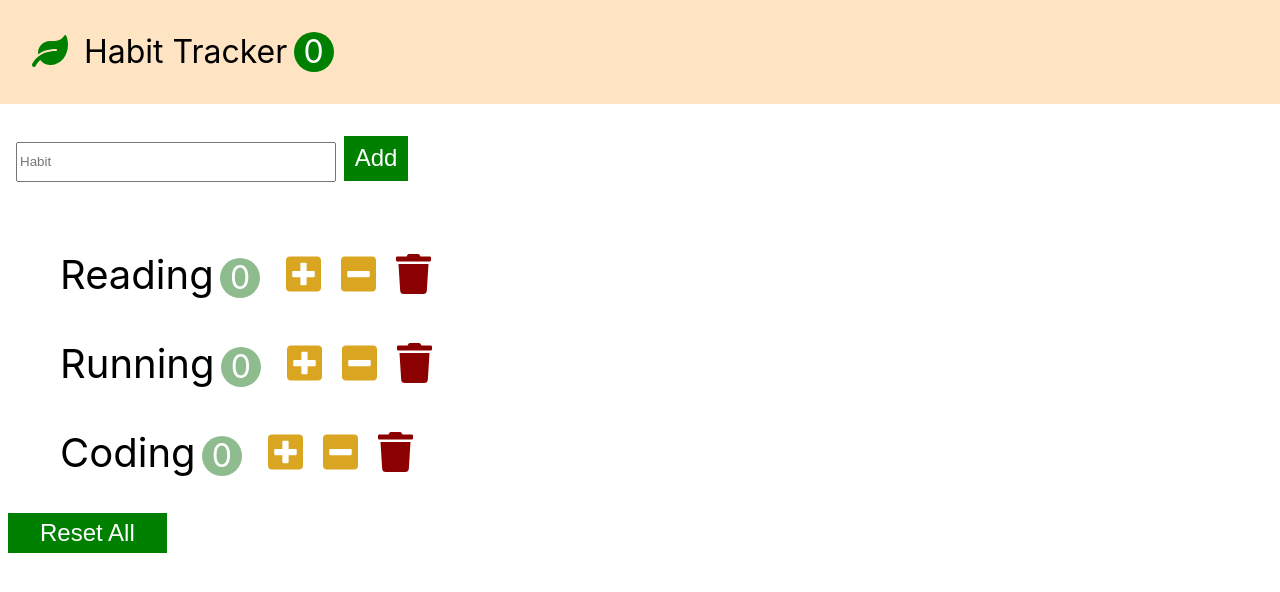
Repository: keehoonjung/react-habit-tracker
Page: / (app in react/habit-tracker/)
These files come from the project's save history. The page is drawn as it stood at one moment and after the next save; the edit follows.
The browser window is 1280 px wide. The pictures show the whole page.
The project was rebuilt for these pictures with package versions that can differ from the ones it lists, and the page was loaded fresh each time.

Above is the page before, as saved 2021-08-30 19:36:18.

### react/habit-tracker/public/index.html
<!DOCTYPE html>
<html lang="en">
  <head>
    <meta charset="utf-8" />
    <link rel="icon" href="%PUBLIC_URL%/favicon.ico" />
    <meta name="viewport" content="width=device-width, initial-scale=1" />
    <meta name="theme-color" content="#000000" />
    <meta
      name="description"
      content="Web site created using create-react-app"
    />
    <link rel="apple-touch-icon" href="%PUBLIC_URL%/logo192.png" />
    <title>App</title>
  </head>
  <body>
    <noscript>You need to enable JavaScript to run this app.</noscript>
    <div id="root"></div>
  </body>
</html>

### react/habit-tracker/src/app.jsx
import React, { Component } from "react";
import { textChangeRangeIsUnchanged } from "typescript";
import "./app.css";
import Habits from "./components/habits";
import Navbar from "./components/navbar";

class App extends Component {
  state = {
    habits: [
      { id: 1, name: "Reading", count: 0 },
      { id: 2, name: "Running", count: 0 },
      { id: 3, name: "Coding", count: 0 },
    ],
  };

  handleIncrement = (habit) => {
    const habits = [...this.state.habits];
    const index = habits.indexOf(habit);
    habits[index].count++;
    this.setState({ habits });
  };
  handledecrement = (habit) => {
    const habits = [...this.state.habits];
    const index = habits.indexOf(habit);
    const count = habits[index].count - 1;
    habits[index].count = count < 0 ? 0 : count;
    this.setState({ habits });
  };
  handleDelete = (habit) => {
    const habits = this.state.habits.filter((item) => item.id !== habit.id);
    this.setState({ habits });
  };
  addItem = () => {
    const habits = [...this.state.habits];
    const input = document.querySelector("input");
    console.log(this.newID());
    const newItem = { id: this.newID(), name: input.value, count: 0 };
    habits.push(newItem);
    input.value = "";
    this.setState({ habits });
  };

  resetAll = () => {
    const habits = [...this.state.habits];
    habits.forEach((habit) => {
      habit.count = 0;
    });
    this.setState({ habits });
  };

  newID = () => {
    return Math.floor(Math.random() * (10000 - 4) + 4);
  };

  render() {
    return (
      <>
        <Navbar
          totalScore={
            this.state.habits.filter((habit) => habit.count > 0).length
          }
        />
        <div className="add-form">
          <input type="text" className="input" placeholder="Habit" />
          <button className="habit-input" onClick={this.addItem}>
            Add
          </button>
        </div>
        <Habits
          habits={this.state.habits}
          OnIncrement={this.handleIncrement}
          Ondecrement={this.handledecrement}
          OnDelete={this.handleDelete}
        />
        <button className="reset-button" onClick={this.resetAll}>
          Reset All
        </button>
      </>
    );
  }
}

export default App;

### react/habit-tracker/src/app.css
* {
  box-sizing: border-box;
}
button {
  outline: none;
  border: 0;
  cursor: pointer;
}

.header {
  background-color: bisque;
  font-size: 2rem;
  padding: 2rem 2rem;
}

.fa-leaf {
  color: green;
  margin-right: 1rem;
}

.header-count {
  display: inline-block;
  text-align: center;
  width: 2.5rem;
  height: 2.5rem;
  line-height: 2.5rem;
  font-size: 2rem;
  margin-left: 0.2em;
  margin-right: 0.5em;
  background-color: green;
  color: white;
  border-radius: 50%;
}

.add-form {
  width: 100%;
  padding: 2rem 1rem;
}

.input {
  width: 20rem;
  height: 2.5rem;
}

.habit-input {
  font-size: 1.5rem;
  height: 2.8rem;
  width: 4rem;
  margin-left: 0.5rem;
  background-color: green;
  color: white;
}

.habit {
  font-size: 2.5rem;
  padding: 0.5em;
  list-style: none;
}

.habit-count {
  display: inline-block;
  text-align: center;
  width: 2.5rem;
  height: 2.5rem;
  line-height: 2.5rem;
  font-size: 2rem;
  margin-left: 0.2em;
  margin-right: 0.5em;
  background-color: darkseagreen;
  color: white;
  border-radius: 50%;
}

.habit-button {
  font-size: 2.5rem;
  margin: 0 0.1em;
  background-color: transparent;
}

.habit-button:hover {
  opacity: 0.8;
}

.habit-increase,
.habit-decrease {
  color: goldenrod;
}

.habit-delete {
  color: darkred;
}

.reset-button {
  font-size: 1.5rem;
  height: 2.5rem;
  padding: 0 2rem;
  margin-left: 0.5rem;
  background-color: green;
  color: white;
}

### react/habit-tracker/src/components/habits.jsx
import React, { Component } from "react";
import Habit from "./habit";

class Habits extends Component {
  render() {
    return (
      <ul>
        {this.props.habits.map((habit) => (
          <Habit
            key={habit.id}
            habit={habit}
            OnhandleIncrement={this.props.OnIncrement}
            Onhandledecrement={this.props.Ondecrement}
            OnhandleDelete={this.props.OnDelete}
          />
        ))}
      </ul>
    );
  }
}

export default Habits;

### react/habit-tracker/src/components/navbar.jsx
import React, { Component } from "react";

class Navbar extends Component {
  render() {
    return (
      <nav className="header">
        <i className="fas fa-leaf"></i>
        <span className="header-title">Habit Tracker</span>
        <span className="header-count">{this.props.totalScore}</span>
      </nav>
    );
  }
}

export default Navbar;

### react/habit-tracker/src/components/habit.jsx
import React, { Component } from "react";

class Habit extends Component {
  handleIncrement = () => {
    // this.setState({ count: this.state.count + 1 });
    this.props.OnhandleIncrement(this.props.habit);
  };

  handledecrement = () => {
    this.props.Onhandledecrement(this.props.habit);
  };
  handleDelete = () => {
    this.props.OnhandleDelete(this.props.habit);
  };
  render() {
    const { name, count } = this.props.habit;
    return (
      <li className="habit">
        <span className="habit-name">{name}</span>
        <span className="habit-count">{count}</span>
        <button
          className="habit-button habit-increase"
          onClick={this.handleIncrement}
        >
          <i className="fas fa-plus-square"></i>
        </button>
        <button
          className="habit-button habit-decrease"
          onClick={this.handledecrement}
        >
          <i className="fas fa-minus-square"></i>
        </button>
        <button
          className="habit-button habit-delete"
          onClick={this.handleDelete}
        >
          <i className="fas fa-trash"></i>
        </button>
      </li>
    );
  }
}

export default Habit;

Loaded but not shown: react/habit-tracker/src/index.js (common file); react/habit-tracker/src/index.css (common file)

After the next save:
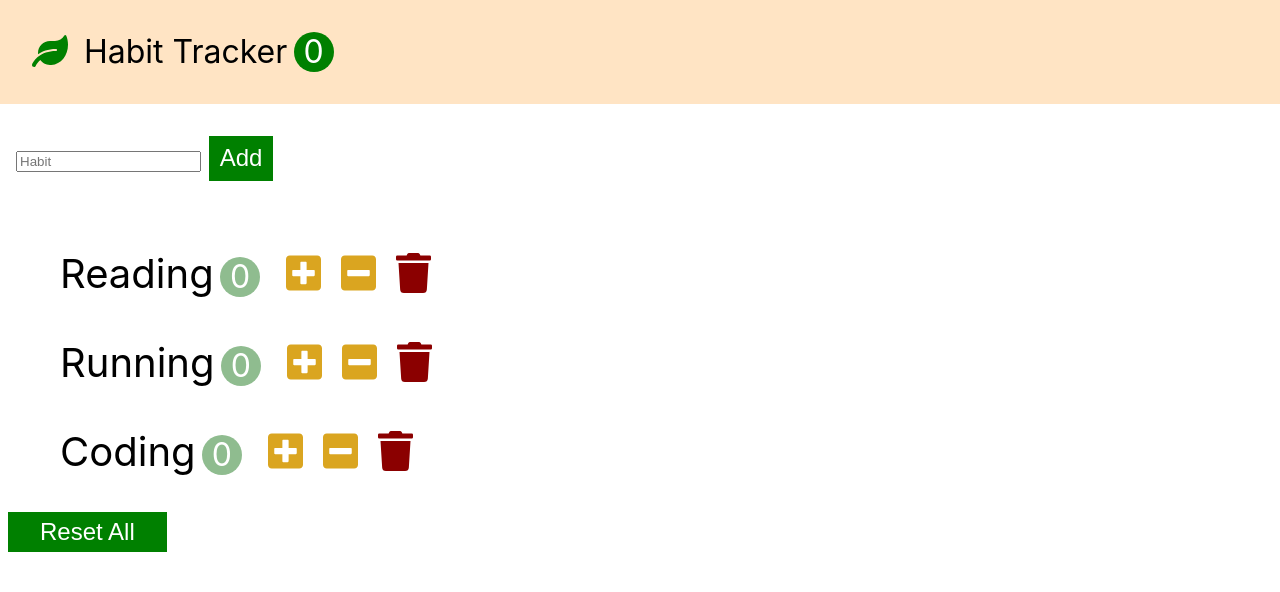
Saved 29 s later.
--- a/react/habit-tracker/src/app.jsx
+++ b/react/habit-tracker/src/app.jsx
@@ -61,7 +61,7 @@ class App extends Component {
           }
         />
         <div className="add-form">
-          <input type="text" className="input" placeholder="Habit" />
+          <input type="text" className="add-input" placeholder="Habit" />
           <button className="habit-input" onClick={this.addItem}>
             Add
           </button>

After the save that followed:
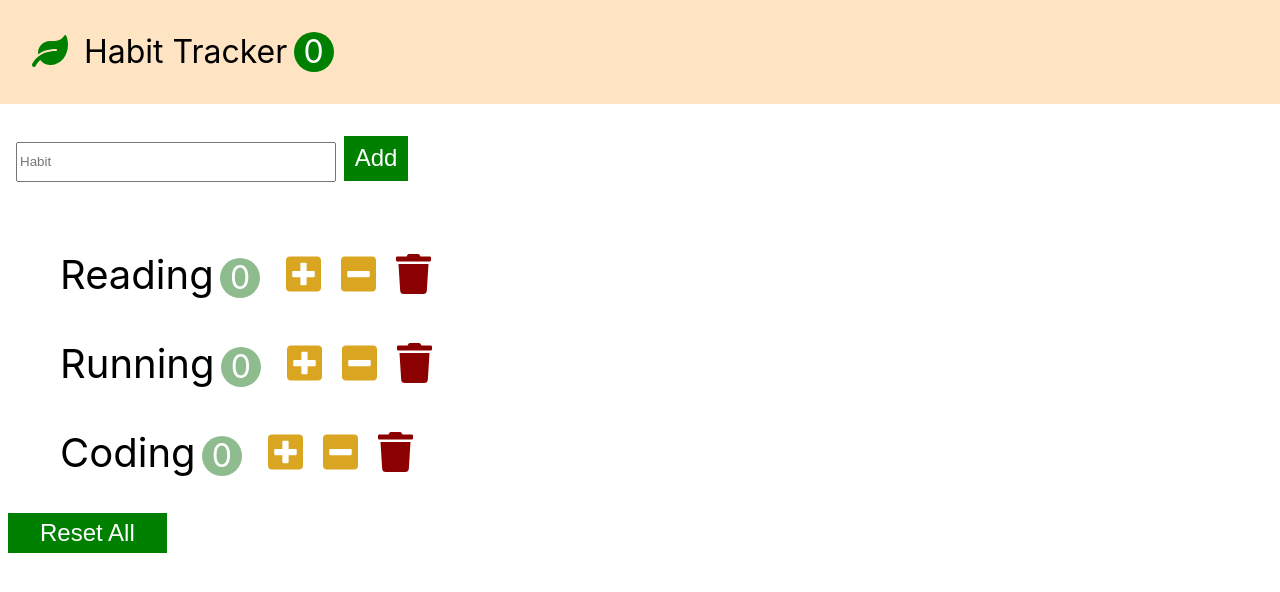
Saved 5 s later.
--- a/react/habit-tracker/src/app.css
+++ b/react/habit-tracker/src/app.css
@@ -37,7 +37,7 @@ button {
   padding: 2rem 1rem;
 }
 
-.input {
+.add-input {
   width: 20rem;
   height: 2.5rem;
 }
